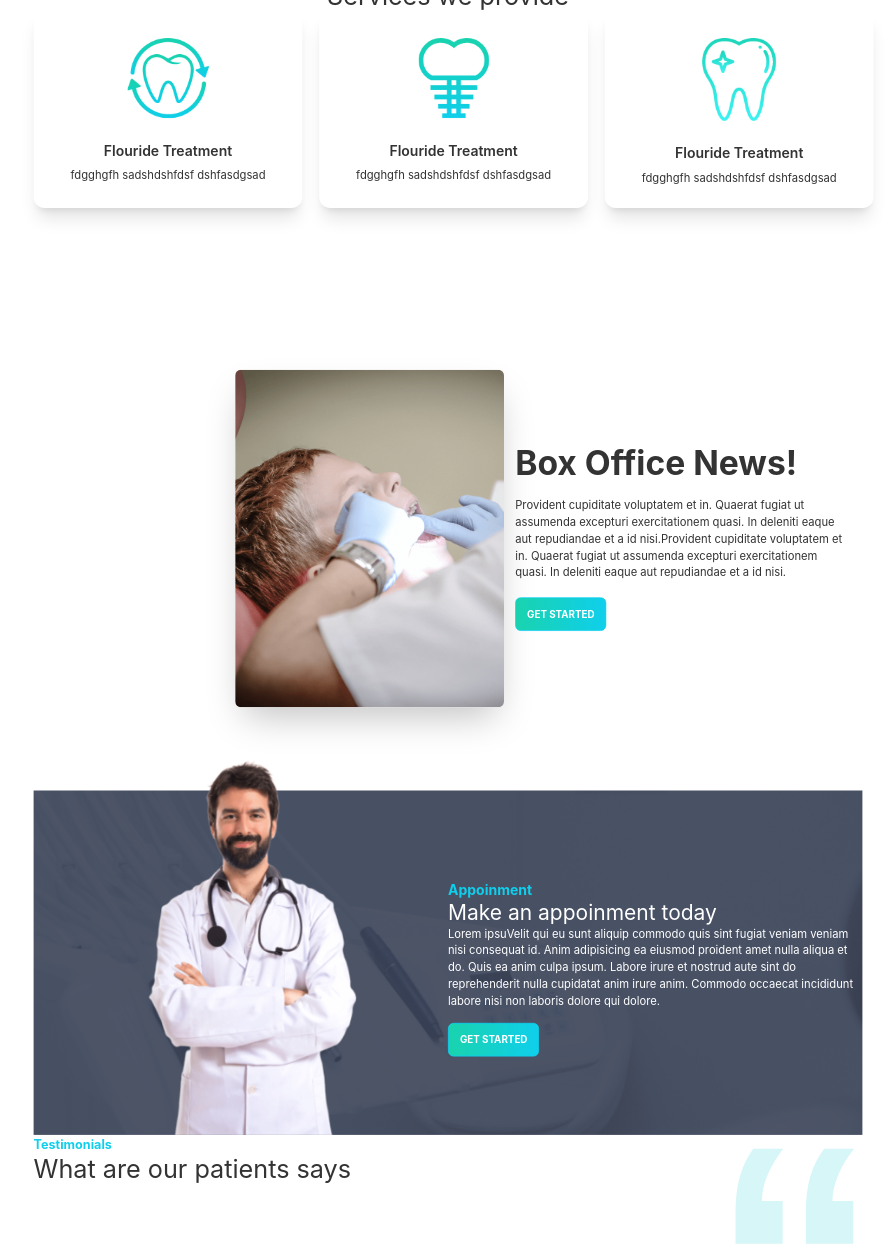
Repository: devsajid/doctors-portal-client
Page: /
The author's editor kept a copy of each file at every save. The page is drawn from the files as they stood at one save, then again after the next save.
The browser window is 1280 px wide. The pictures show the part of the page from y = 1106 to 3026 px (the page is 2884 px tall before and 3026 px after), at 70% of full size.
Backgrounds fixed to the window are drawn as part of the page. The project was rebuilt for these pictures with package versions that can differ from the ones it lists, and the page was loaded fresh each time. Also part of the build but not shown: src/App.css, src/Pages/About/About.js, src/Pages/Appoinment/Appoinment.js, src/Pages/Contact/Contact.js, src/Pages/Login/Login.js, src/Pages/Review/Review.js.

Above is the page before, as saved 2022-08-14 12:11:28.

### src/index.js
import React from "react";
import ReactDOM from "react-dom/client";
import "./index.css";
import App from "./App";
import reportWebVitals from "./reportWebVitals";
import { BrowserRouter } from "react-router-dom";
const root = ReactDOM.createRoot(document.getElementById("root"));
root.render(
  <React.StrictMode>
    <BrowserRouter>
      <App />
    </BrowserRouter>
  </React.StrictMode>
);

reportWebVitals();

### src/App.js
import "./App.css";
import Navbar from "./Pages/Home/Share/Navbar/Navbar";
import { Routes, Route } from "react-router-dom";
import Home from "./Pages/Home/Home";
import About from "./Pages/About/About";
import Appoinement from "./Pages/Appoinment/Appoinment";
import Contact from "./Pages/Contact/Contact";
import Login from "./Pages/Login/Login";
import Review from "./Pages/Review/Review";
function App() {
  return (
    <div>
      <Navbar></Navbar>
      <Routes>
        <Route path="/" element={<Home />} />
        <Route path="about" element={<About />} />
        <Route path="appoinement" element={<Appoinement />} />
        <Route path="contact" element={<Contact />} />
        <Route path="login" element={<Login />} />
        <Route path="review" element={<Review />} />
      </Routes>
    </div>
  );
}

export default App;

### src/Pages/Home/Share/Navbar/Navbar.js
import React from "react";
import { Link } from "react-router-dom";

const Navbar = () => {
  const menuItem = (
    <>
      {" "}
      <li>
        <Link to="/">Home</Link>
      </li>
      <li>
        <Link to="about">About</Link>
      </li>
      <li>
        <Link to="appoinement">Appoinement</Link>
      </li>
      <li>
        <Link to="review">Review</Link>
      </li>
      <li>
        <Link to="contact">Contact us</Link>
      </li>
      <li>
        <Link to="login">Login</Link>
      </li>
    </>
  );
  return (
    <div>
      <div class="navbar   bg-base-100">
        <div class="navbar-start">
          <div class="dropdown">
            <label tabindex="0" class="btn btn-ghost lg:hidden">
              <svg
                xmlns="http://www.w3.org/2000/svg"
                class="h-5 w-5"
                fill="none"
                viewBox="0 0 24 24"
                stroke="currentColor"
              >
                <path
                  stroke-linecap="round"
                  stroke-linejoin="round"
                  stroke-width="2"
                  d="M4 6h16M4 12h8m-8 6h16"
                />
              </svg>
            </label>
            <ul
              tabindex="0"
              class="menu menu-compact dropdown-content mt-3 p-2 shadow bg-base-100 rounded-box w-52"
            >
              {menuItem}
            </ul>
          </div>
          <a class="btn btn-ghost normal-case text-xl">Doctor Portals</a>
        </div>
        <div class="navbar-center hidden lg:flex">
          <ul class="menu menu-horizontal p-0">{menuItem}</ul>
        </div>
      </div>
    </div>
  );
};

export default Navbar;

### src/Pages/Home/Home.js
import React from "react";
import Services from "../Services/Services";
import Terms from "../Terms/Terms";
import Appoinments from "./Appoinments/Appoinments";
import Banner from "./Banner/Banner";
import Info from "./Info/Info";
import Testimonials from "./Testimonials/Testimonials";

const Home = () => {
  return (
    <div className="lg:px-12 sm:px-0">
      <Banner></Banner>
      <Info></Info>
      <Services></Services>
      <Terms></Terms>
      <Appoinments></Appoinments><Testimonials></Testimonials>
    </div>
  );
};

export default Home;

### src/Pages/Services/Services.js
import React from "react";
import fluoride from "../../assets/images/fluoride.png";
import cavity from "../../assets/images/cavity.png";
import whitening from "../../assets/images/whitening.png";
import Service from "./Service";
const Services = () => {
  const services = [
    {
      _id: 1,
      name: "Flouride Treatment",
      description: "fdgghgfh sadshdshfdsf dshfasdgsad",
      img: fluoride,
    },
    {
      _id: 2,
      name: "Flouride Treatment",
      description: "fdgghgfh sadshdshfdsf dshfasdgsad",
      img: cavity,
    },
    {
      _id: 3,
      name: "Flouride Treatment",
      description: "fdgghgfh sadshdshfdsf dshfasdgsad",
      img: whitening,
    },
  ];
  return (
    <div className="my-28">
      <div className="text-center">
        <h3 className="text-primary text-xl font-bold upparecase">
          Our Services
        </h3>
        <h1 className="text-4xl">Services we provide</h1>
      </div>
      <div className="grid sm:grid-cols-1 md:grid-cols-2 lg:grid-cols-3 gap-10">
        {" "}
        {services.map((service) => (
          <Service key={service._id} service={service}></Service>
        ))}
      </div>
    </div>
  );
};

export default Services;

### src/Pages/Terms/Terms.js
import React from "react";
import treatment from "../../assets/images/treatment.png";
import PrimaryButton from "../Home/Share/Navbar/PrimaryButton/PrimaryButton";
const Terms = () => {
  return (
    <div class="hero  min-h-screen ">
      <div class="hero-content pl-30 flex-col lg:flex-row lg:pl-72 sm:pl-0">
        <img
          src={treatment}
          class="max-w-sm rounded-lg shadow-2xl"
          alt="treatmaent"
        />
        <div>
          <h1 class="text-5xl font-bold">Box Office News!</h1>
          <p class="py-6">
            Provident cupiditate voluptatem et in. Quaerat fugiat ut assumenda
            excepturi exercitationem quasi. In deleniti eaque aut repudiandae et
            a id nisi.Provident cupiditate voluptatem et in. Quaerat fugiat ut
            assumenda excepturi exercitationem quasi. In deleniti eaque aut
            repudiandae et a id nisi.
          </p>
          <PrimaryButton></PrimaryButton>
        </div>
      </div>
    </div>
  );
};

export default Terms;

### src/Pages/Home/Appoinments/Appoinments.js
import React from "react";
import doctor from "../../../assets/images/doctor.png";
import appoinment from "../../../assets/images/appointment.png";
import PrimaryButton from "../Share/Navbar/PrimaryButton/PrimaryButton";

const Appoinments = () => {
  return (
    <section
      className="flex justify-center items-center sm:flex-none"
      style={{ background: `url(${appoinment})` }}
    >
      <div className="flex-1 hidden lg:block">
        <img className="mt-[-100px]" src={doctor} alt="Appoinment doctor"></img>
      </div>
      <div className="flex-1  ">
        <h2 className="text-xl text-primary font-bold mt-4">Appoinment</h2>
        <h4 className="text-3xl text-white">Make an appoinment today</h4>
        <p className="text-white mb-5">
          Lorem ipsuVelit qui eu sunt aliquip commodo quis sint fugiat veniam
          veniam nisi consequat id. Anim adipisicing ea eiusmod proident amet
          nulla aliqua et do. Quis ea anim culpa ipsum. Labore irure et nostrud
          aute sint do reprehenderit nulla cupidatat anim irure anim. Commodo
          occaecat incididunt labore nisi non laboris dolore qui dolore.
        </p>
        <PrimaryButton></PrimaryButton>
      </div>
    </section>
  );
};

export default Appoinments;

### src/Pages/Home/Banner/Banner.js
import React from "react";
import chair from "../../../assets/images/chair.png";
import bg from "../../../assets/images/bg.png";
import PrimaryButton from "../Share/Navbar/PrimaryButton/PrimaryButton";
const Banner = () => {
  return (
    <div>
      <div class="hero min-h-screen ">
        <div
          class="hero-content bg-fixed flex-col lg:flex-row-reverse"
          style={{ backgroundImage: `url(${bg})` }}
        >
          <img src={chair} class="max-w-sm rounded-lg shadow-2xl" />
          <div>
            <h1 class="text-5xl font-bold">Your New Smile Starts Here</h1>
            <p class="py-6">
              Provident cupiditate voluptatem et in. Quaerat fugiat ut assumenda
              excepturi exercitationem quasi. In deleniti eaque aut repudiandae
              et a id nisi.
            </p>
            <PrimaryButton></PrimaryButton>
          </div>
        </div>
      </div>
    </div>
  );
};

export default Banner;

### src/Pages/Home/Info/Info.js
import React from "react";
import InfoCard from "../Info/InfoCard";
import clock from "../../../assets/icons/clock.svg";
import marker from "../../../assets/icons/marker.svg";
import phone from "../../../assets/icons/phone.svg";
const Info = () => {
  return (
    <div className="grid grid-cols-1 lg:grid-cols-3 gap-5 ">
      <InfoCard
        cardTitle="Openning Hours"
        bgClass="bg-gradient-to-r from-secondary to-primary"
        img={marker}
      ></InfoCard>
      <InfoCard
        cardTitle="Our Locatons"
        bgClass="bg-accent"
        img={clock}
      ></InfoCard>
      <InfoCard
        cardTitle="Contact us"
        bgClass="bg-gradient-to-r from-secondary to-primary"
        img={phone}
      ></InfoCard>
    </div>
  );
};

export default Info;

### src/Pages/Home/Testimonials/Testimonials.js
import React from "react";
import quote from "../../../assets/icons/quote.svg";
const Testimonials = () => {
  return (
    <section>
      <div
        className=" flex  "
        style={{ justifyContent: "space-between" }}
        // style={{
        //   backgroundImage: `url(${quote})`,
        //   backgroundRepeat: "no-repeat",
        //   backgroundSize: 100,
        //   backgroundAttachment: "fixed",
        //   backgroundPosition: "right",
        // }}
      >
        <div>
          <h5 className="text-primary text-lg font-bold">Testimonials</h5>
          <h2 className="text-capitalize text-4xl">
            What are our patients says
          </h2>
        </div>
        <div>
          <img src={quote} className="w-48" alt="quote" />
        </div>
      </div>

      <div></div>
    </section>
  );
};

export default Testimonials;

### src/Pages/Services/Service.js
import React from "react";

const Service = ({ service }) => {
  return (
    <div class="card lg:max-w-lg w-96 bg-base-100 shadow-xl">
      <figure class="px-10 pt-10">
        <img src={service.img} alt="Shoes" class="rounded-xl" />
      </figure>
      <div class="card-body items-center text-center">
        <h2 class="card-title">{service.name}</h2>
        <p>{service.description}</p>
      </div>
    </div>
  );
};

export default Service;

### src/Pages/Home/Share/Navbar/PrimaryButton/PrimaryButton.js
import React from "react";

const PrimaryButton = () => {
  return (
    <div>
      <button class="btn btn-primary uppercase text-white font-bold bg-gradient-to-r from-secondary to-primary">
        Get Started
      </button>{" "}
    </div>
  );
};

export default PrimaryButton;

### src/Pages/Home/Info/InfoCard.js
import React from "react";

const InfoCard = ({ img, cardTitle, bgClass }) => {
  return (
    <div class={`card lg:card-side shadow-xl ${bgClass}`}>
      <figure className="pl-5">
        <img src={img} alt="Album" />
      </figure>
      <div class="card-body text-white">
        <h2 class="card-title">{cardTitle}</h2>
        <p>Click the button to listen on Spotiwhy app.</p>
        <div class="card-actions justify-end"></div>
      </div>
    </div>
  );
};

export default InfoCard;

### tailwind.config.js
/** @type {import('tailwindcss').Config} */
module.exports = {
  content: ["./src/**/*.{html,js}"],
  theme: {
    extend: {},
  },
  daisyui: {
    themes: [
      {
        doctortheme: {
          primary: "#0fcfec",
          secondary: "#19D3AE",
          accent: "#3A4256",
          neutral: "#3d4451",
          "base-100": "#ffffff",
        },
      },
      "dark",
      "cupcake",
    ],
  },
  plugins: [require("daisyui")],
};

Loaded but not shown: public/index.html (common file); src/index.css (common file); src/reportWebVitals.js (common file)

After the next save:
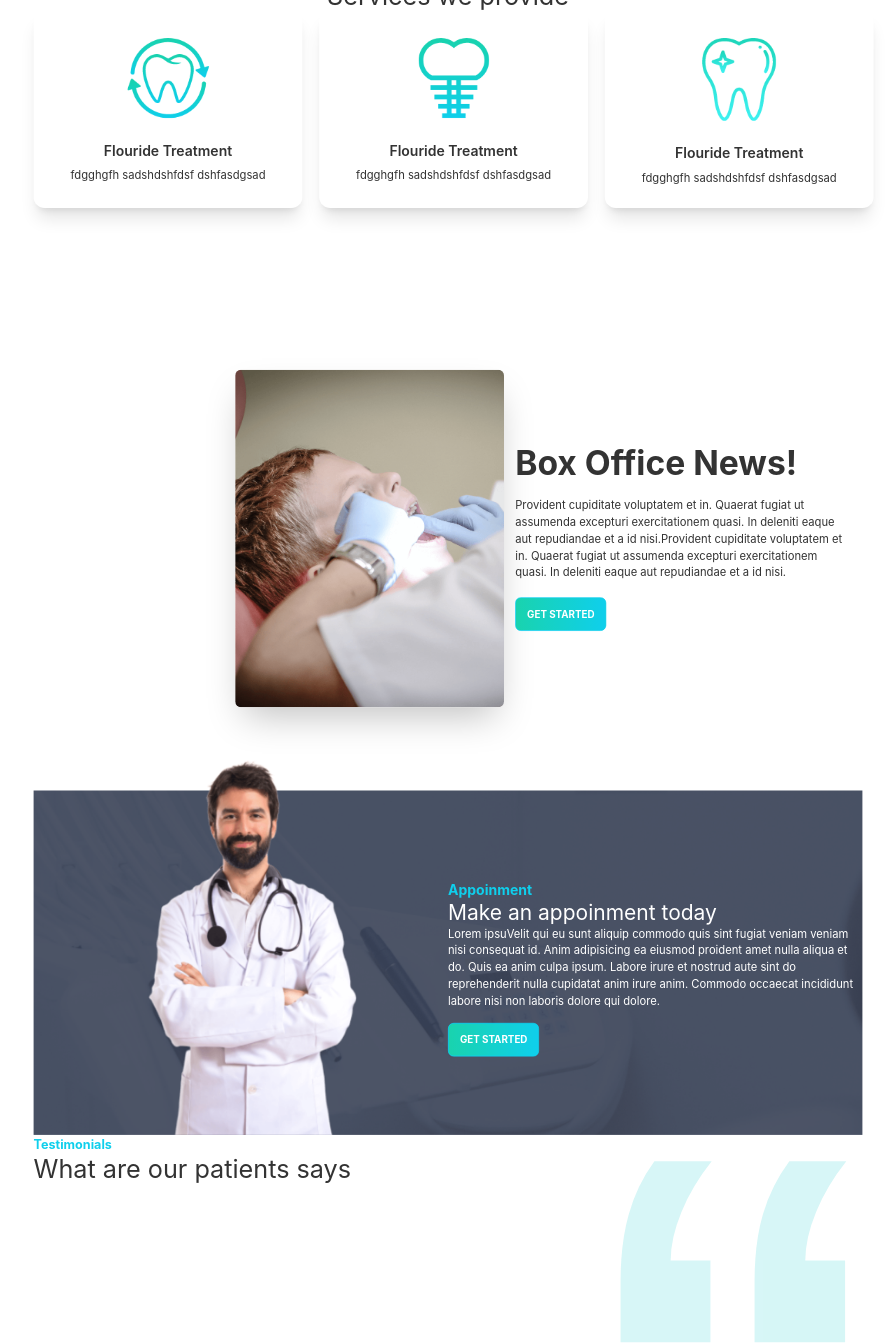
Saved 72 s later.
--- a/src/Pages/Home/Testimonials/Testimonials.js
+++ b/src/Pages/Home/Testimonials/Testimonials.js
@@ -21,7 +21,7 @@
           </h2>
         </div>
         <div>
-          <img src={quote} className="w-48" alt="quote" />
+          <img src={quote} className="Lw-48" alt="quote" />
         </div>
       </div>
 

After the save that followed:
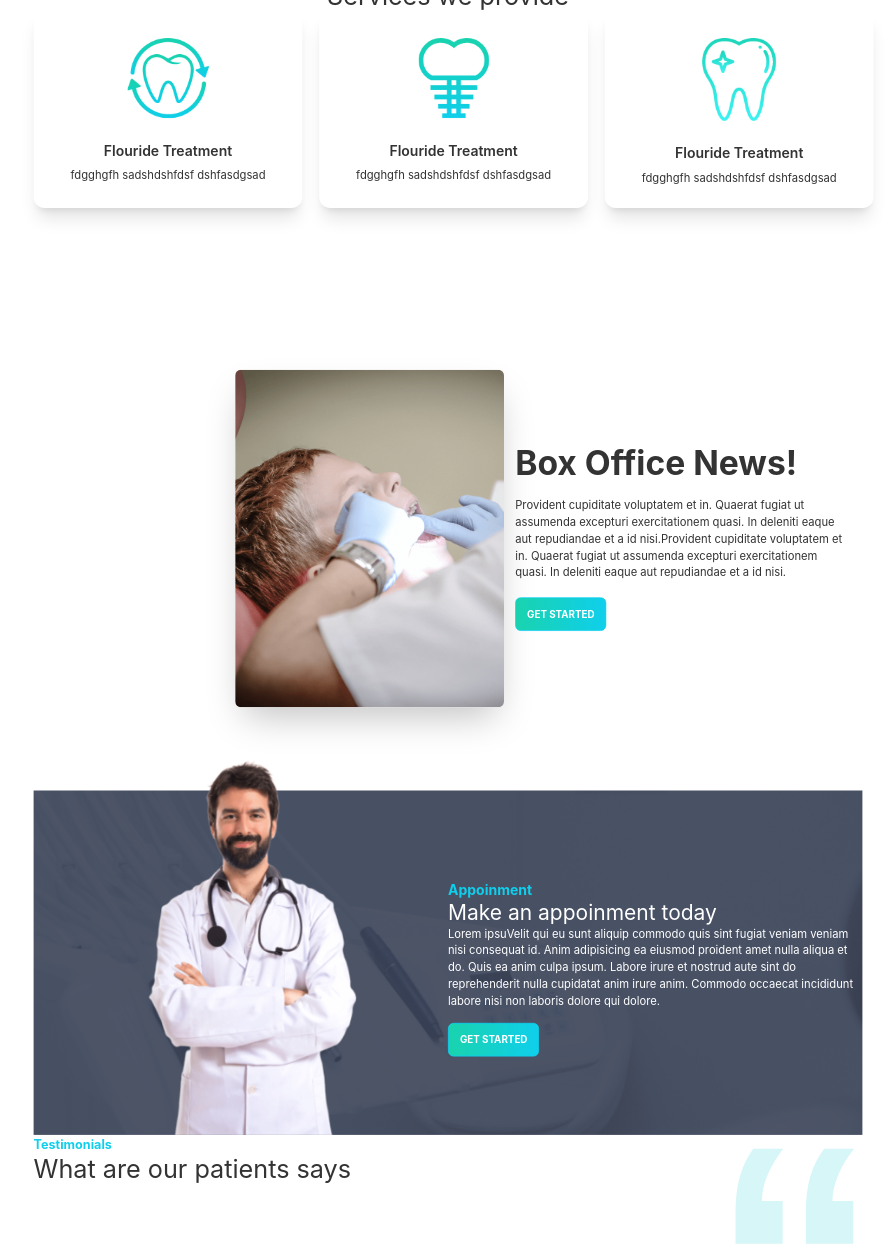
Saved 4 s later.
--- a/src/Pages/Home/Testimonials/Testimonials.js
+++ b/src/Pages/Home/Testimonials/Testimonials.js
@@ -21,7 +21,7 @@
           </h2>
         </div>
         <div>
-          <img src={quote} className="Lw-48" alt="quote" />
+          <img src={quote} className="w-48" alt="quote" />
         </div>
       </div>
 
